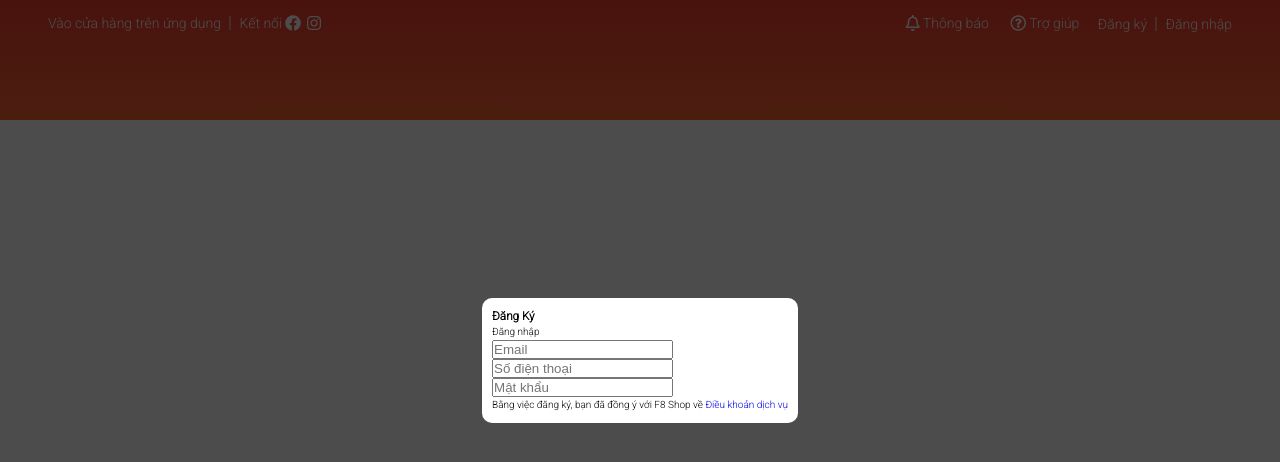
Repository: kebinh1235/Shopee-Demo
Page: index.html
These files come from the project's save history. The page is drawn as it stood at one moment and after the next save; the edit follows.
The browser window is 1280 px wide. The pictures show the whole page.

Above is the page before, as saved 2021-10-01 22:06:21.

### index.html
<!DOCTYPE html>
<html lang="en">

<head>
  <meta charset="UTF-8">
  <meta http-equiv="X-UA-Compatible" content="IE=edge">
  <meta name="viewport" content="width=device-width, initial-scale=1.0">
  <title>F8 Shop</title>
  <link rel="stylesheet" href="./asset/css/main.css">
  <link rel="stylesheet" href="./asset/css/base.css">
  <link rel="stylesheet" href="https://cdnjs.cloudflare.com/ajax/libs/font-awesome/5.15.4/css/all.min.css">
</head>

<body>
  <div class="app">
    <header class="header">
      <div class="grid">
        <nav class="header__navbar">
          <ul class="header__navbar-list">
            <li class="header__navbar-item header__item-separator">
              Vào cửa hàng trên ứng dụng
              <div class="header__navbar-QRCode">
                <div class="header__navbar-QRCode-img">
                  <img
                    src="https://upload.wikimedia.org/wikipedia/commons/thumb/d/d0/QR_code_for_mobile_English_Wikipedia.svg/1200px-QR_code_for_mobile_English_Wikipedia.svg.png"
                    alt="">
                </div>
                <div class="header__navbar-QRCode-social">
                  <a class="header__navbar-QRCode-link" href="#">
                    <i class="fab fa-google header__navbar-QRCode-icon-google"></i>
                    <span class="header__navbar-QRCode-title-google">Google</span>
                  </a>
                  <a class="header__navbar-QRCode-link" href="#">
                    <i class="fab fa-facebook header__navbar-QRCode-icon-facebook"></i>
                    <span class="header__navbar-QRCode-title-facebook">Facebook</span>
                  </a>
                </div>
              </div>
            </li>
            <li class="header__navbar-item">
              <span class="user__select-none">Kết nối</span>
              <a class="header__navbar-link-icon" href="#">
                <i class="fab fa-facebook header__navbar-icon"></i>
              </a>
              <a class="header__navbar-link-icon" href="#">
                <i class="fab fa-instagram header__navbar-icon"></i>
              </a>
            </li>
          </ul>
          <ul class="header__navbar-list">
            <li class="header__navbar-item">
              <a href="#" class="header__navbar-link">
                <i class="far fa-bell header__navbar-icon"></i>
                Thông báo
              </a>
              <div class="header__navbar-notification">
                <div class="header__navbar-noti-heading">
                  <h3>Thông báo nhận hàng</h3>
                </div>
                <ul class="header__navbar-noti-list">
                  <li class="header__navbar-noti-list-item header__navbar-noti-list-viewd">
                    <a class="header__navbar-noti-list-link" href="#">
                      <img src="https://www.oberlo.com/media/1603958036-new-products.jpg" alt="">
                      <div class="header_navbar-noti-content">
                        <span class="header_navbar-noti-name">Xác thực chính hãng nguồn gốc các sản phẩm Ohui</span>
                        <span class="header_navbar-noti-description">Xác thực chính hãng nguồn gốc các sản phẩm
                          Ohui</span>
                      </div>
                    </a>
                  </li>
                  <li class="header__navbar-noti-list-item header__navbar-noti-list-viewd">
                    <a class="header__navbar-noti-list-link" href="#">
                      <img src="https://www.oberlo.com/media/1603958036-new-products.jpg" alt="">
                      <div class="header_navbar-noti-content">
                        <span class="header_navbar-noti-name">Xác thực chính hãng nguồn gốc các sản phẩm Ohui</span>
                        <span class="header_navbar-noti-description">Xác thực chính hãng nguồn gốc các sản phẩm
                          Ohui</span>
                      </div>
                    </a>
                  </li>
                  <li class="header__navbar-noti-list-item">
                    <a class="header__navbar-noti-list-link" href="#">
                      <img src="https://www.oberlo.com/media/1603958036-new-products.jpg" alt="">
                      <div class="header_navbar-noti-content">
                        <span class="header_navbar-noti-name">Xác thực chính hãng nguồn gốc các sản phẩm Ohui</span>
                        <span class="header_navbar-noti-description">Xác thực chính hãng nguồn gốc các sản phẩm
                          Ohui</span>
                      </div>
                    </a>
                  </li>
                </ul>
                <div class="header__navbar-noti-footer">
                  <a class="header__navbar-noti-footer-link" href="#">Xem tất cả</a>
                </div>
              </div>
            </li>
            <li class="header__navbar-item">
              <a href="#" class="header__navbar-link">
                <i class="far fa-question-circle header__navbar-icon"></i>
                Trợ giúp
              </a>
            </li>
            <li class="header__navbar-item">
              <a href="#" class="header__navbar-link header__item-bold header__item-separator">Đăng ký</a>
            </li>
            <li class="header__navbar-item">
              <a href="#" class="header__navbar-link header__item-bold">Đăng nhập</a>
            </li>
          </ul>
        </nav>
      </div>
    </header>

    <div class="container">

    </div>

    <div class="footer">

    </div>
    <!--Modal-->
    <div class="modal">
      <div class="modal__overlay"></div>
      <div class="modal__body">
        <div class="modal__inner">
          <div class="auth__form">
            <div class="auth__form-header">
                <h3 class="auth__form-heading">Đăng Ký</h3>
                <span class="authb__form-btn-switch">Đăng nhập</span>
            </div>
            <div class="auth__form-form">
              <div class="auth__form-group">
                <input class="auth__form-input" type="text" placeholder="Email">
              </div>
              <div class="auth__form-group">
                <input class="auth__form-input" type="text" placeholder="Số điện thoại">
              </div>
              <div class="auth__form-group">
                <input class="auth__form-input" type="text" placeholder="Mật khẩu">
              </div>
            </div>
            <div class="auth__form-note">
              <span>
                Bằng việc đăng ký, bạn đã đồng ý với F8 Shop về
                <a class="auth__form-note-link" href="#">Điều khoản dịch vụ</a>
              </span>
            </div>
            <div class="auth__form-controls">

            </div>
            <div class="auth__form-social">

            </div>
          </div>
        </div>
      </div>
    </div>
  </div>
</body>

</html>

### asset/css/main.css
.header {
  height: 120px;
  background: linear-gradient(0, #fe6433, #f53e2d)
}
.header__navbar {
  display: flex;
  justify-content: space-between;
  padding: 10px 0;
}
.header__navbar-QRCode{
  background: white;
  height: 200px;
  position: absolute;
  top: 30px;
  padding: 10px;
  display: none;
  animation: fadeIn ease-out .8s;
}
.header__navbar-item:hover .header__navbar-QRCode {
  display: block;
}
.header__navbar-item:hover .header__navbar-notification {
  display: block;
}
.header__navbar-QRCode-img{
  width: 160px;
}
.header__navbar-QRCode-img img {
  width: 100%;
}
.header__navbar-QRCode-social {
  display: flex;
  align-items: center;
  justify-content: space-between;
}
.header__navbar-QRCode-social:before {
  content: '';
  position: absolute;
  top: -8px;
  left: 0;
  width: 100%;
  height: 10px;
  background: transparent;
}
.header__navbar-QRCode-link {
  font-size: 1.4rem;
  color: var(--text-color);
}
.header__navbar-QRCode-title-google:hover {
  color: #ff1100;
  transition: var(--transition-primary);
}
.header__navbar-QRCode-title-facebook:hover {
  color: blue;
  transition: var(--transition-primary);
}
.header__navbar-QRCode-icon-google {
  color: #ff1100;
}
.header__navbar-QRCode-icon-facebook {
  color: blue;
}
.header__navbar-list {
  list-style: none;
}
.header__navbar-item {
  margin: 0 8px;
  position: relative;
  min-height: 26px;
}
.header__item-separator::after {
  content: '';
  position: absolute;
  right: -10px;
  top: 50%;
  transform: translateY(-50%);
  height: 12px;
  border: 1px solid #FB9086;
}
.header__navbar-item,
.header__navbar-link {
  display: inline-block;
  font-size: 1.4rem;
  color: var(--white-color);
  text-decoration: none;
  font-weight: 300;
}
.header__navbar-item:hover,
.header__navbar-link:hover,
.header__navbar-link-icon:hover {
  cursor: pointer;
  color: rgba(255, 255, 255, 0.7);
}
.header__navbar-item,
.header__navbar-link,
.header__navbar-link-icon {
  display: inline-flex;
  align-items: center;
}
.header__navbar-link-icon {
  color: var(--white-color);
}
.header__navbar-icon {
  font-size: 1.6rem;
  margin: 0 3px;
}
.header__item-bold {
  font-weight: 500;
}
.user__select-none {
  cursor: text;
  color: var(--white-color);
}
.header__navbar-notification{
  position: absolute;
  top: 35px;
  right: 0;
  width: 404px;
  background: var(--white-color);
  display: none;
  box-shadow: rgba(0, 0, 0, 0.16) 0px 1px 4px;
  animation: growthUp ease-in .3s;
  will-change: opacity, transform, scale;
  transform-origin: calc(100% - 20px) top;
}
.header__navbar-notification:before {
  content: "";
  position: absolute;
  top: -10px;
  right: 0;
  width: 100%;
  background: transparent;
  height: 15px;
}
.header__navbar-notification:after {
  content: "";
  position: absolute;
  top: -32px;
  right: 10px;
  border: 20px solid #000;
  border-color: transparent transparent var(--white-color) transparent;
}
.header__navbar-noti-heading{
  padding: 10px;
  box-shadow: rgba(0, 0, 0, 0.16) 0px 1px 4px;
  cursor: default;
}
.header__navbar-noti-heading h3 {
  font-size: 1.6rem;
  color: var(--text-color);
}
.header__navbar-noti-list{
  list-style: none;
  box-shadow: rgba(0, 0, 0, 0.16) 0px 1px 1px;
}
.header__navbar-noti-list-item{
  padding: 8px 10px;
}
.header__navbar-noti-list-viewd{
  background: #ffe3e3;
}
.header__navbar-noti-list-item:hover{
  background: #f3c8c8;
  transition: var(--transition-primary);
}
.header__navbar-noti-list-link{
  display: inline-flex;
  align-items: center;
}
.header__navbar-noti-list-link img{
  width: 60px;
  object-fit: contain;
}
.header_navbar-noti-content{
  padding-left: 10px;
}
.header_navbar-noti-name{
  font-size: 1.4rem;
  font-weight: bold;
  color: var(--text-color);
  margin-bottom: 5px;
  line-height: 2rem;
  text-align: justify;
  display: block;
}
.header_navbar-noti-description{
  font-size: 1.3rem;
  color: var(--text-color-rgb-black);
  display: block;
}
.header__navbar-noti-footer{
  padding: 10px;
  text-align: center;
  box-shadow: rgba(0, 0, 0, 10px) 0px 1px 1px;
}
.header__navbar-noti-footer-link{
  color: var(--text-color-rgb-black);
}

/*Start Modal*/
.modal{
  position: fixed;
  /* top: 0;
  right: 0;
  bottom: 0;
  left: 0; */
  inset: 0;
  display: flex;
}
.modal__overlay{
  position: absolute;
  width: 100%;
  height: 100%;
  background: rgba(0, 0, 0, 0.7);
}
.modal__body{
  margin: auto;
  background: var(--white-color);
  overflow: hidden;
  z-index: 1;
  border-radius: 10px;
}
.modal__inner{
  padding: 10px;
}
.auth__form{

}
.auth__form-header{

}
.auth__form-heading{

}
.authb__form-btn-switch{

}
.auth__form-form{

}
.auth__form-group{

}
.auth__form-note{

}
.auth__form-controls{

}
.auth__form-social{

}

/*End Modal*/

### asset/css/base.css
@import url('https://fonts.googleapis.com/css2?family=Roboto:wght@300&display=swap');
:root {
  --white-color: #fff;
  --black-color: #000;
  --text-color: #333;
  --text-color-rgb-black: rgba(0, 0, 0, 0.7);
  --transition-primary: all .2s linear;
}

* {
  margin: 0;
  padding: 0;
  box-sizing: inherit;
  text-decoration: none;
}

html {
  font-size: 62.5%;
  line-height: 1.6rem;
  border: none;
  outline: none;
  overflow: hidden;
  box-sizing: border-box;
  font-family: 'Roboto', sans-serif;
}

.grid {
  width: 1200px;
  max-width: 100%;
  margin: 0 auto;
}

.grid__full-width {
  width: 100%;
}

.grid__row {
  display: flex;
  flex-wrap: wrap;
}

/*Animation*/
@keyframes fadeIn {
  0% {
    opacity: 0;
  }
  100% {
    opacity: 1;
  }
}

@keyframes growthUp {
  0% {
    opacity: 0;
    transform: scale(0);
  }
  100% {
    opacity: 1;
    transform: scale(1);
  }
}

After the next save:
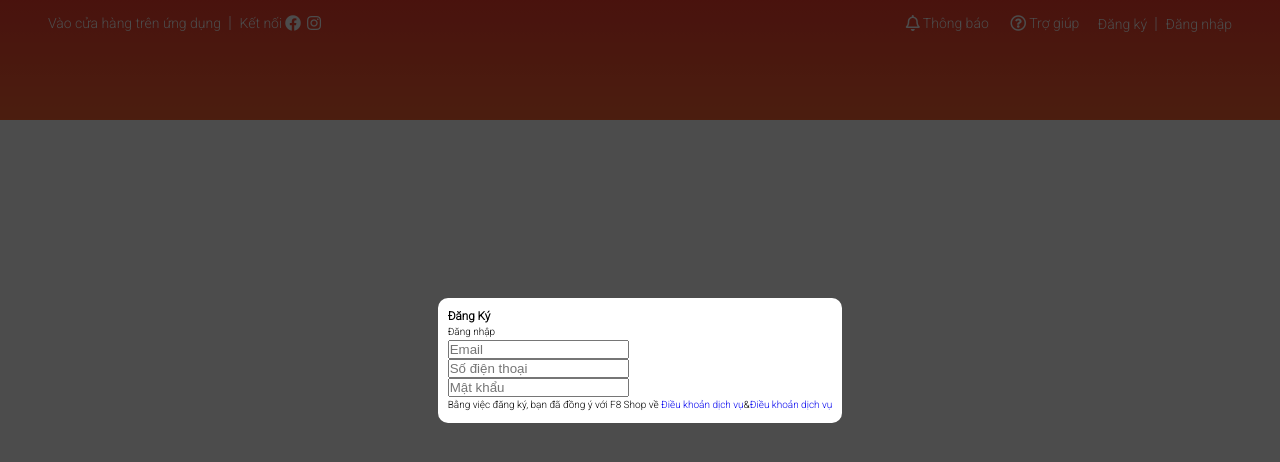
Saved 10 s later.
--- a/index.html
+++ b/index.html
@@ -142,7 +142,7 @@
             <div class="auth__form-note">
               <span>
                 Bằng việc đăng ký, bạn đã đồng ý với F8 Shop về
-                <a class="auth__form-note-link" href="#">Điều khoản dịch vụ</a>
+                <a class="auth__form-note-link" href="#">Điều khoản dịch vụ</a>&<a class="auth__form-note-link" href="#">Điều khoản dịch vụ</a>
               </span>
             </div>
             <div class="auth__form-controls">
